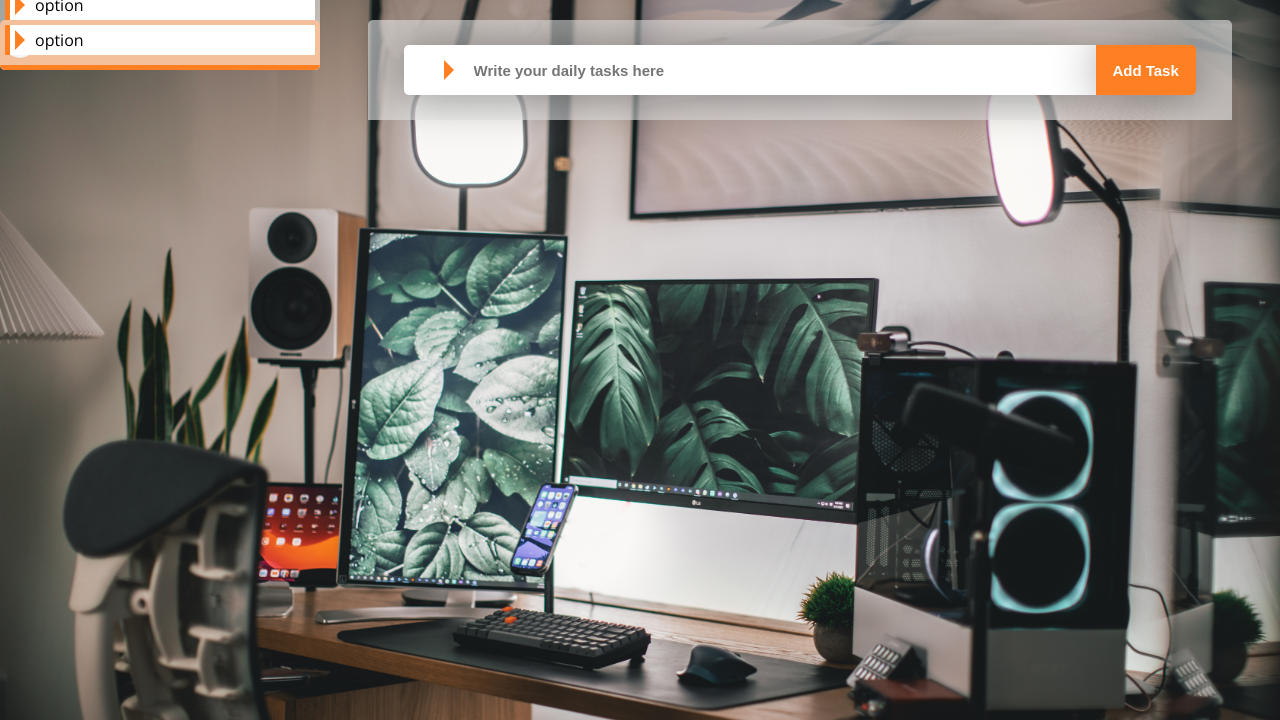
Repository: OmarEssameldinMousa/To-do-list-level01
Page: index.html
An editor plug-in stored every save of this project. The page is shown before and after the next save, followed by the edit.
The browser window is 1280 px wide. The pictures show the whole page.

Above is the page before, as saved 2023-08-10 00:38:16.

After the next save:
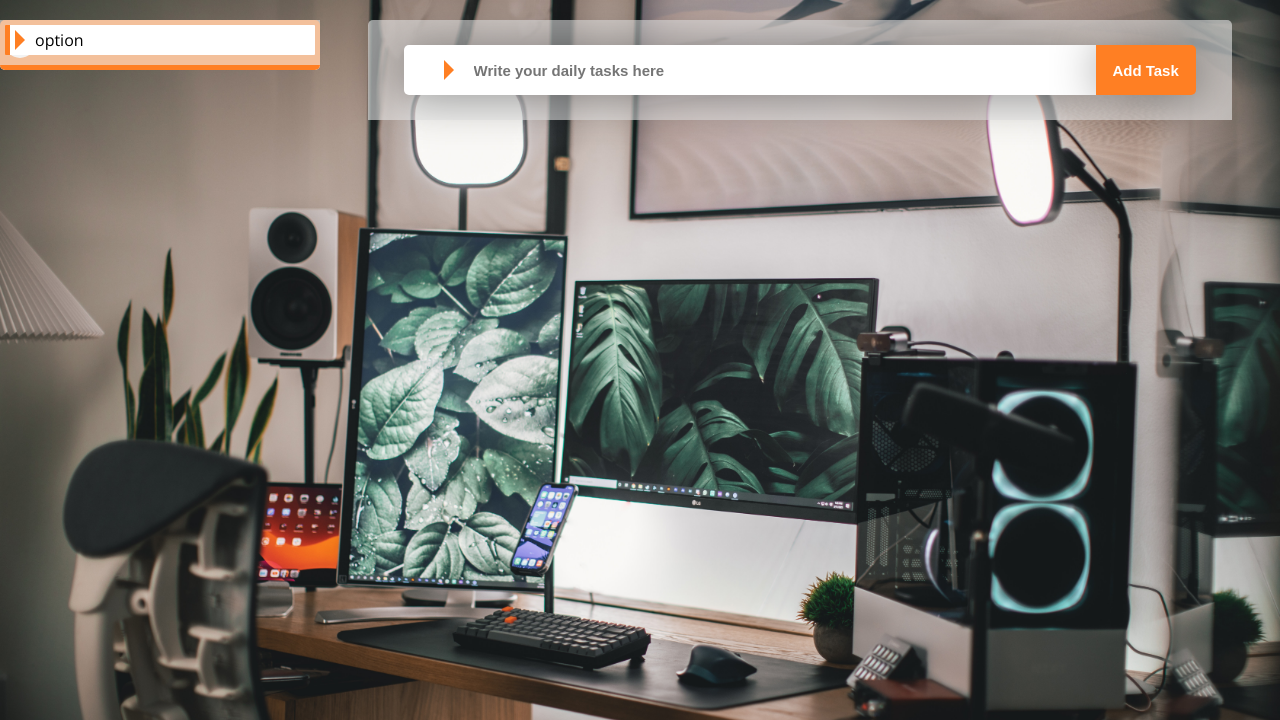
Saved 24 s later.
--- a/main.css
+++ b/main.css
@@ -44,8 +44,8 @@ ul {
 .nav .navigation {
     height: 100%;
     width: 100%;
-
-    position: relative;
+    position: relative;
+    overflow: hidden;
 }
 
 .nav .navigation .profile {
